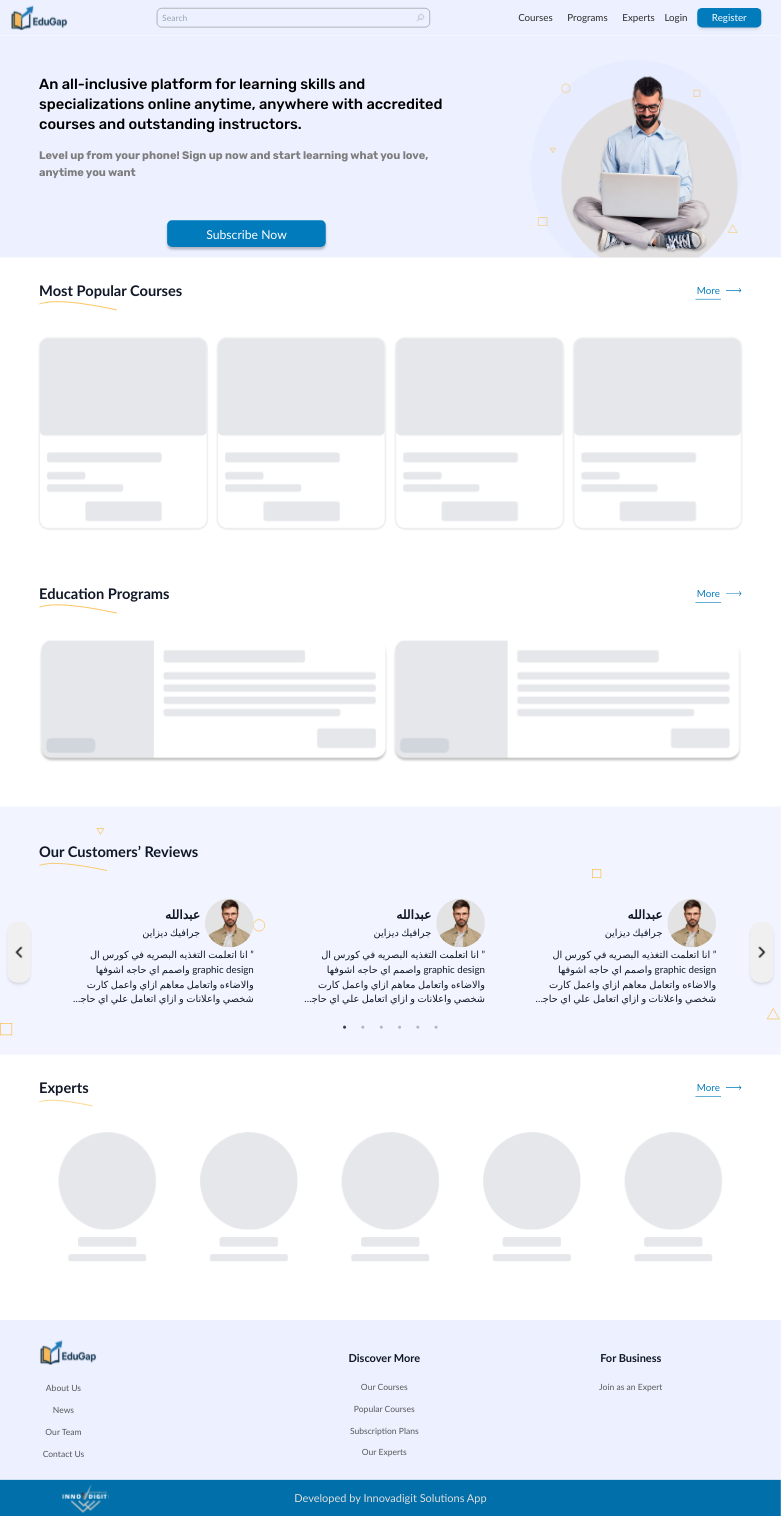
Repository: Yehyv/EduGap-Project
Page: /
An editor plug-in stored every save of this project. The page is shown before and after the next save, followed by the edit.
The browser window is 1280 px wide. The pictures show the whole page, at 61% of full size.
The page's requests for data from a server got no answer. The project was rebuilt for these pictures with package versions that can differ from the ones it lists, and the page was loaded fresh each time. Some packages were replaced by stand-ins written for this rebuild. No one was signed in, and anything a server would have sent is missing. Also part of the build but not shown: vite.config.ts, src/features/auth/services/authApi.ts, src/shared/utils/AppSwal.tsx, src/shared/utils/ShowMessagesAlert.tsx, src/features/auth/hooks/useLogin.ts, src/features/auth/components/LoginForm.tsx, src/features/auth/index.ts, src/shared/hooks/useClickOutside.ts and 61 more.

Above is the page before, as saved 2025-09-30 15:24:04.

After the next save:
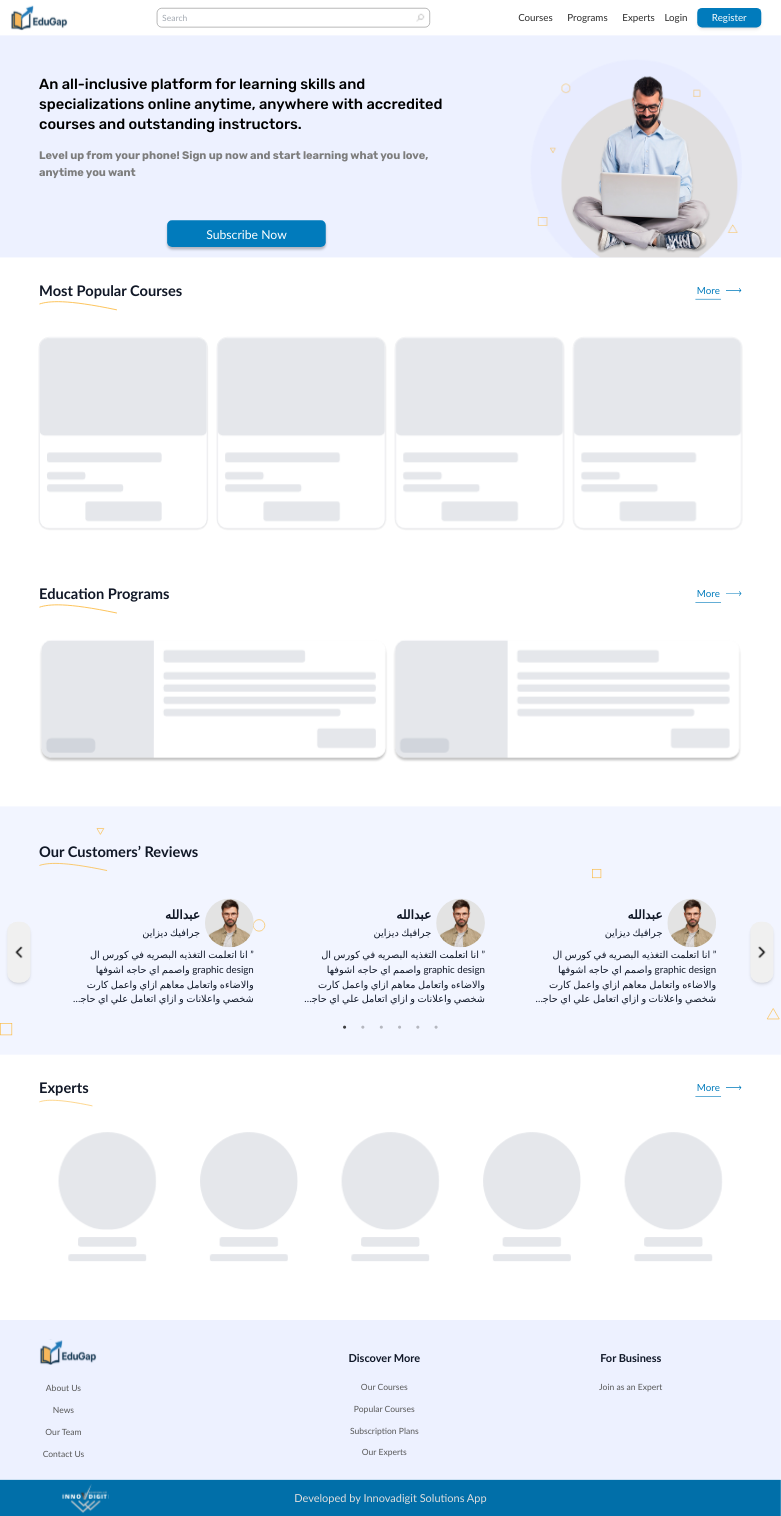
Saved 39 s later.
--- a/src/shared/components/Header.tsx
+++ b/src/shared/components/Header.tsx
@@ -7,12 +7,18 @@
 import { useLanguage } from "../localization/useLanguage";
 import SearchBar from "./ui/SearchBar";
 
-const Header = ({ isLoggedIn = false }: { isLoggedIn?: boolean }) => {
+const Header = ({
+  isLoggedIn = false,
+  color,
+}: {
+  isLoggedIn?: boolean;
+  color?: string;
+}) => {
   const { t, lang } = useLanguage();
   const [menuOpen, setMenuOpen] = useState(false);
 
   return (
-    <header className={"bg-primary py-2 z-50 sticky start-0 end-0 top-0"}>
+    <header className={`bg-${color} py-2 z-50 sticky start-0 end-0 top-0`}>
       <div className="container mx-auto flex items-center justify-between gap-4 px-4">
         {/* Logo */}
         <Link to={"/userHome"}>

After the save that followed:
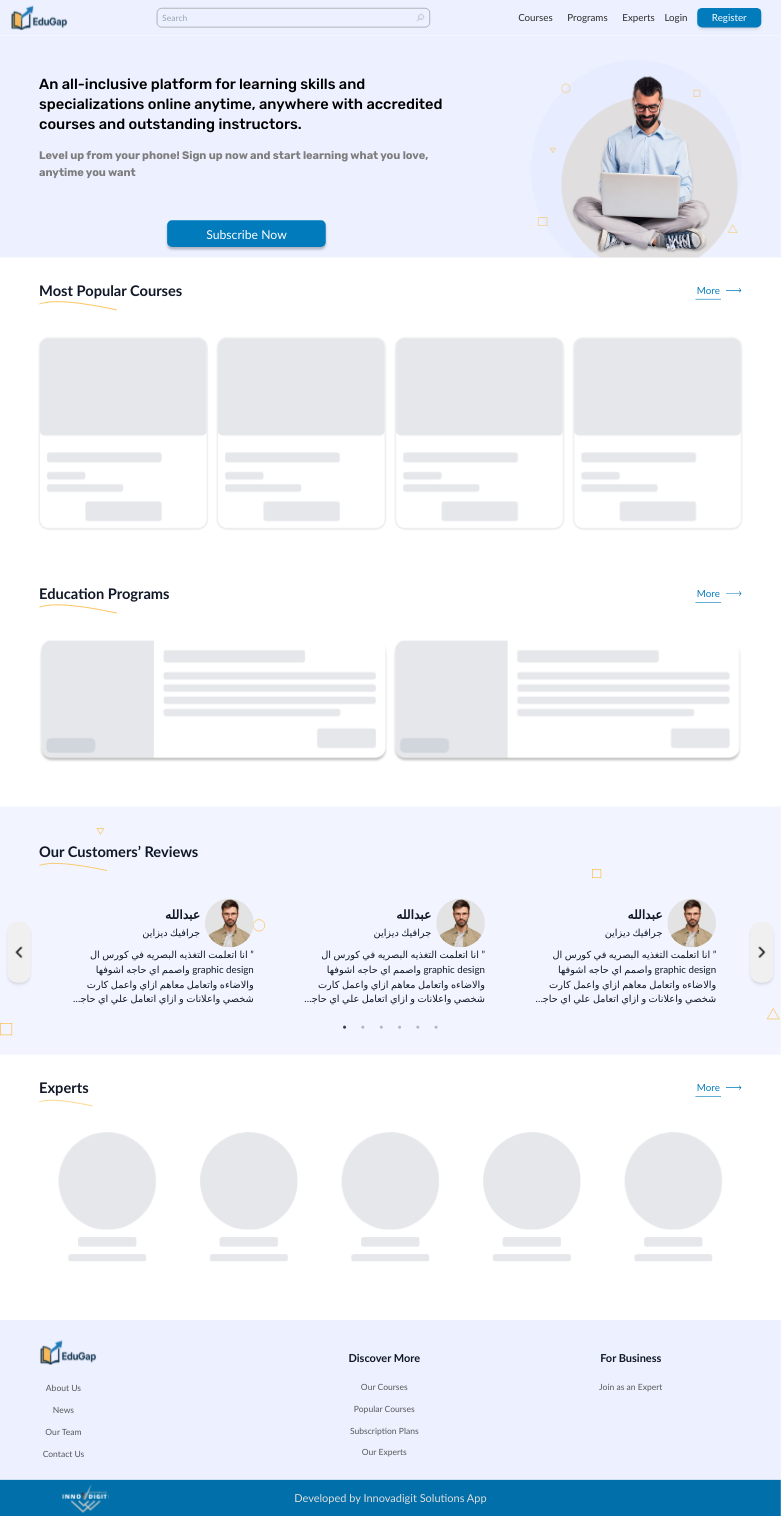
Saved 29 s later.
--- a/src/shared/components/Header.tsx
+++ b/src/shared/components/Header.tsx
@@ -18,7 +18,11 @@
   const [menuOpen, setMenuOpen] = useState(false);
 
   return (
-    <header className={`bg-${color} py-2 z-50 sticky start-0 end-0 top-0`}>
+    <header
+      className={`bg-${
+        color ?? "primary"
+      } py-2 z-50 sticky start-0 end-0 top-0`}
+    >
       <div className="container mx-auto flex items-center justify-between gap-4 px-4">
         {/* Logo */}
         <Link to={"/userHome"}>
